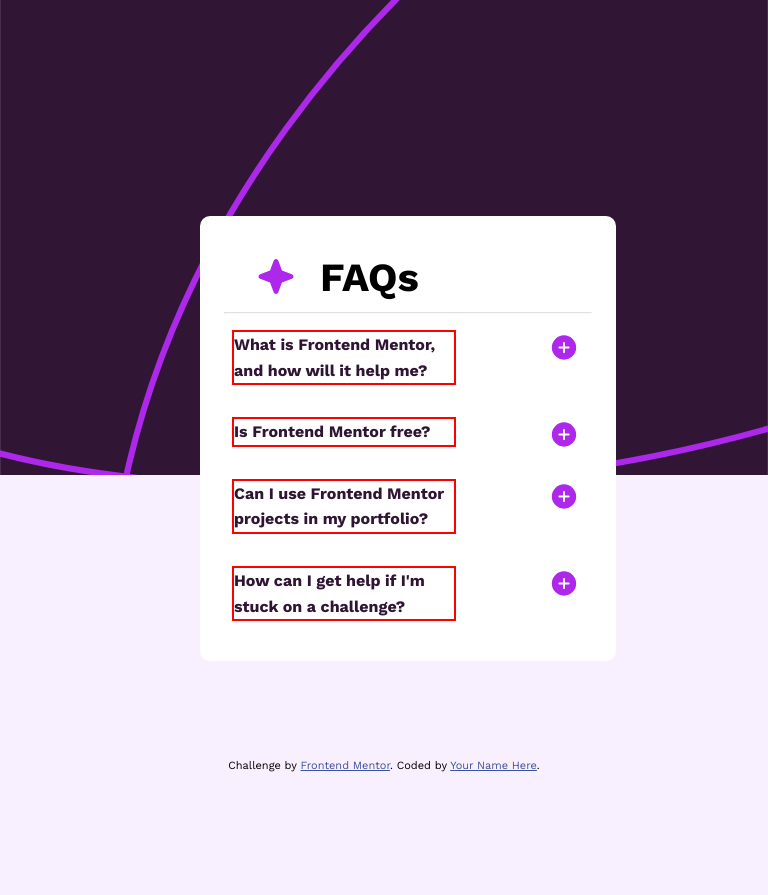
Repository: imokha01/accordion-main
Page: index.html
The author's editor kept a copy of each file at every save. The page is drawn from the files as they stood at one save, then again after the next save.
The browser window is 768 px wide. The pictures show the whole page.

Above is the page before, as saved 2023-12-26 11:23:18.

After the next save:
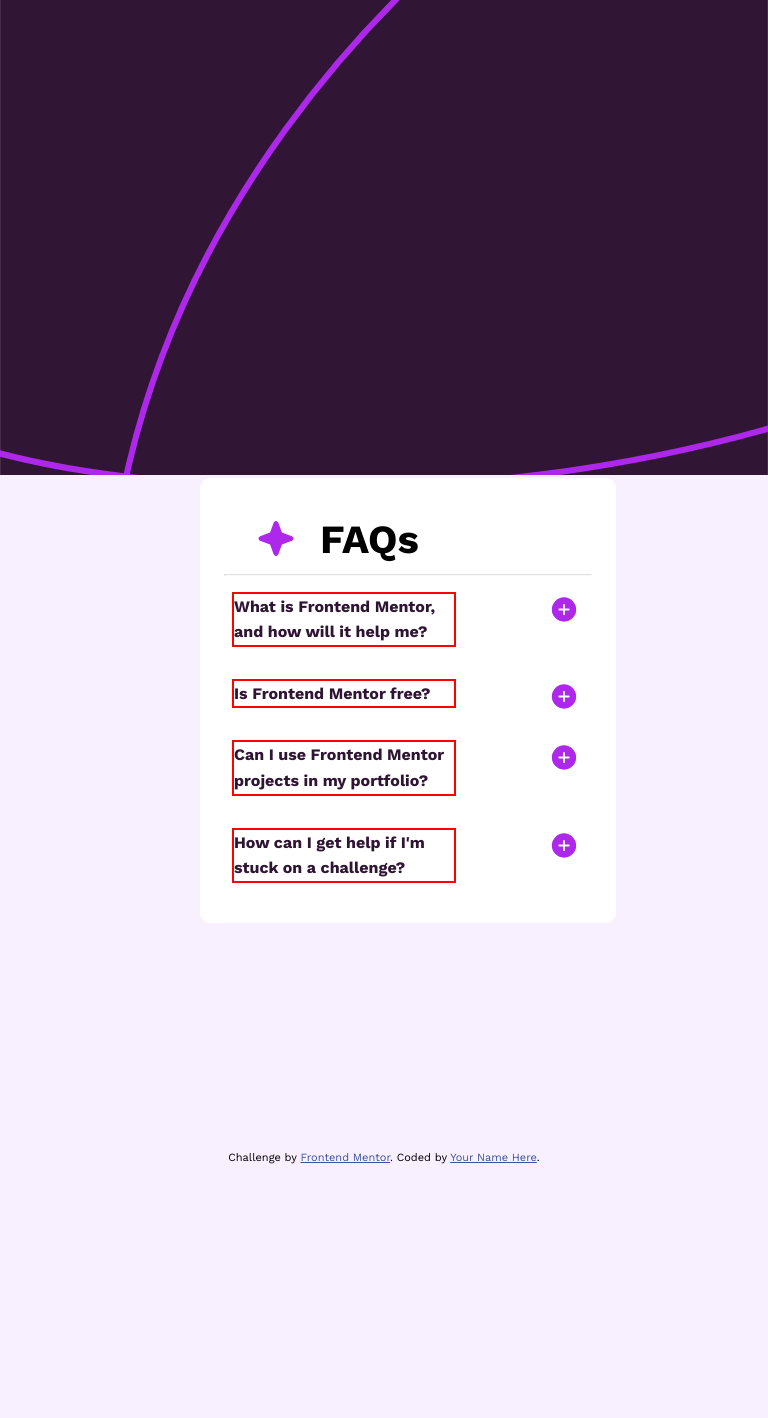
Saved 4 s later.
--- a/index.css
+++ b/index.css
@@ -139,7 +139,7 @@
 
     .wrapper, main {
         width: 26rem;
-        margin: 6rem auto;
+        margin: 6cm auto;
     }
 
     /* .title  p{

After the save that followed:
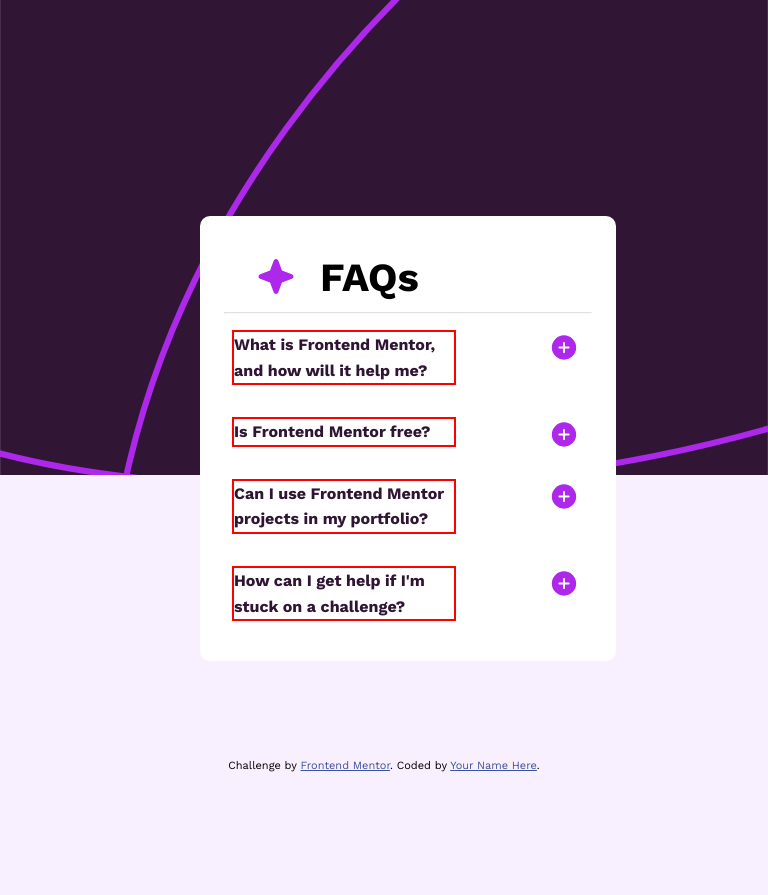
Saved 7 s later.
--- a/index.css
+++ b/index.css
@@ -139,7 +139,7 @@
 
     .wrapper, main {
         width: 26rem;
-        margin: 6cm auto;
+        margin: 6rem auto;
     }
 
     /* .title  p{
